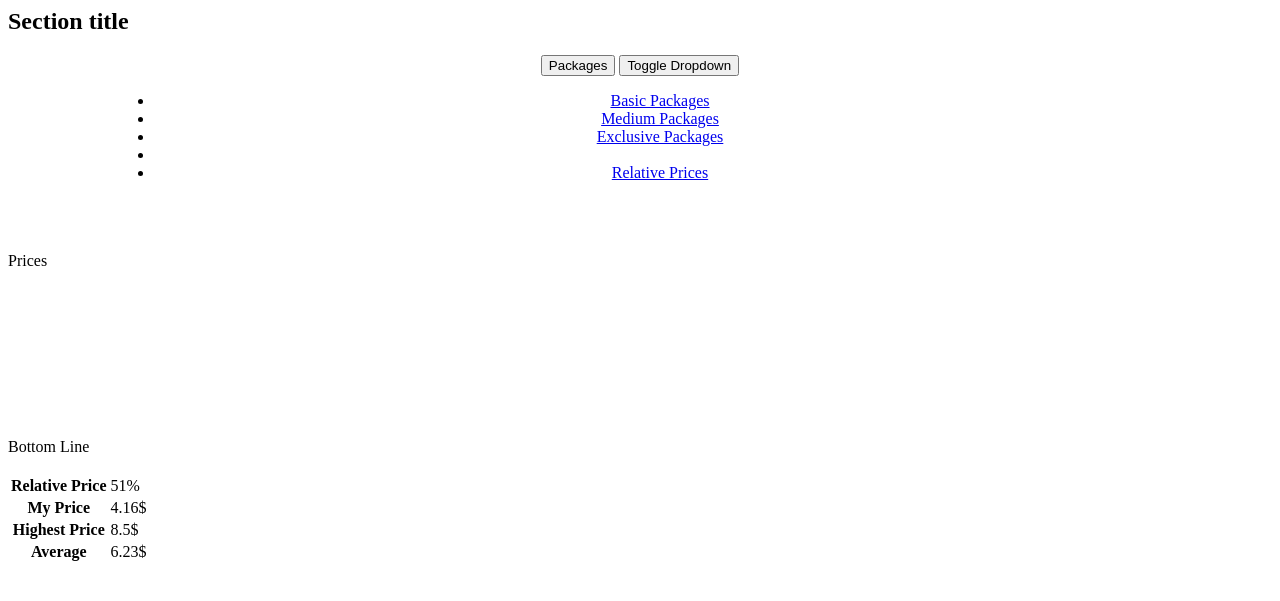
Repository: netaosman/Price-try-course
Page: prixceFrontEnd/src/main/webapp/Prixce_FrontEnd/HTML/Market/pricesPack/HighPackages.html
The author's editor kept a copy of each file at every save. The page is drawn from the files as they stood at one save, then again after the next save.
The browser window is 1280 px wide. The pictures show the whole page.

Above is the page before, as saved 2017-09-23 02:06:57.

### prixceFrontEnd/src/main/webapp/Prixce_FrontEnd/HTML/Market/pricesPack/HighPackages.html
<h2 class="sub-header">Section title</h2>

<div class="container-fluid">
	<!-- <h1 class="page-header">Dashboard</h1>-->
	<div class="dropdown" align="center">
		<!-- Split button -->
		<div class="btn-group">
			<button type="button" id="first-btn" class="btn btn-default">Packages</button>
			<button type="button" class="btn btn-default dropdown-toggle"
				data-toggle="dropdown" aria-haspopup="true" aria-expanded="false">
				<span class="caret"></span> <span class="sr-only">Toggle
					Dropdown</span>
			</button>
			<ul class="dropdown-menu" id="first-menu" style="width: 80%">
				<li><a href="#/BasicPackages">Basic Packages</a></li>
				<li><a href="#/MedPackages">Medium Packages</a></li>
				<li><a href="#/HighPackages">Exclusive Packages</a></li>
				<li role="separator" class="divider"></li>
				<li><a href="#/RelativePrices">Relative Prices</a></li>
			</ul>
		</div>
	</div>
	<br> <br> <br>
	<div class="row placeholders">
		<div class="col-xs-12 col-md-8" ng-controller="PricesHighCtrl">
			<div class="panel panel-default-1">
				<div class="panel-heading">Prices</div>
				<div class="panel-body">
					<!-- <div class="panel-title">Prices</div> -->
					<br>
					<canvas id="base" class="chart-horizontal-bar" chart-data="data"
						chart-labels="labels" chart-colors="colors">
                                </canvas>
				</div>
			</div>
		</div>
		<div class="col-lg-4 col-md-4 col-sm-12 placeholder">
			<div id="medTable" class="panel panel-default">
				<div class="panel-body">
					<div class="panel-title" align="left">Bottom Line</div>
					<br>
					<table class="table price-table">
						<tbody>
							<tr>
								<th class="reg" scope="row">Relative Price</th>
								<td class="big">51%</td>
							</tr>
							<tr>
								<th class="reg" scope="row">My Price</th>
								<td class="normal">4.16$</td>
							</tr>
							<tr>
								<th class="reg" scope="row">Highest Price</th>
								<td class="normal">8.5$</td>
							</tr>
							<tr>
								<th class="reg" scope="row">Average</th>
								<td class="normal">6.23$</td>
							</tr>
						</tbody>
					</table>
				</div>
			</div>
		</div>
	</div>
</div>

After the next save:
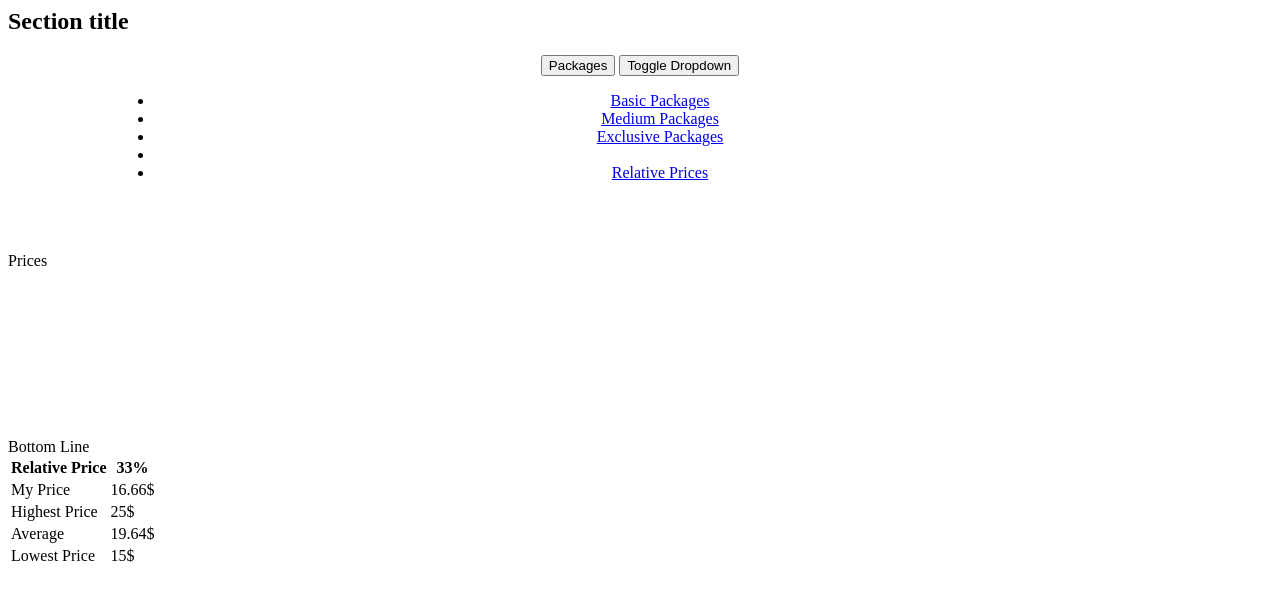
Saved 2 min 25 s later.
--- a/prixceFrontEnd/src/main/webapp/Prixce_FrontEnd/HTML/Market/pricesPack/HighPackages.html
+++ b/prixceFrontEnd/src/main/webapp/Prixce_FrontEnd/HTML/Market/pricesPack/HighPackages.html
@@ -34,30 +34,44 @@
 				</div>
 			</div>
 		</div>
-		<div class="col-lg-4 col-md-4 col-sm-12 placeholder">
-			<div id="medTable" class="panel panel-default">
+		<div class="col-xs-12 col-md-4">
+			<div class="panel panel-default-1">
+				<div class="panel-heading">Bottom Line</div>
 				<div class="panel-body">
-					<div class="panel-title" align="left">Bottom Line</div>
-					<br>
-					<table class="table price-table">
+					<table class="table">
+						<thead>
+							<tr>
+								<th class="relative">Relative Price</th>
+								<th class="relative-price">33%</th>
+							</tr>
+						</thead>
 						<tbody>
 							<tr>
-								<th class="reg" scope="row">Relative Price</th>
-								<td class="big">51%</td>
+								<td class="title-prices"><span
+									class="glyphicon glyphicon-hand-right" aria-hidden="true"></span>
+									My Price</td>
+								<td class="prices">16.66$</td>
 							</tr>
 							<tr>
-								<th class="reg" scope="row">My Price</th>
-								<td class="normal">4.16$</td>
+								<td class="title-prices"><span
+									class="glyphicon glyphicon-hand-up" aria-hidden="true"></span>
+									Highest Price</td>
+								<td class="prices">25$</td>
 							</tr>
 							<tr>
-								<th class="reg" scope="row">Highest Price</th>
-								<td class="normal">8.5$</td>
+								<td class="title-prices"><span
+									class="glyphicon glyphicon-hand-left" aria-hidden="true"></span>
+									Average</td>
+								<td class="prices">19.64$</td>
 							</tr>
 							<tr>
-								<th class="reg" scope="row">Average</th>
-								<td class="normal">6.23$</td>
+								<td class="title-prices"><span
+									class="glyphicon glyphicon-thumbs-down" aria-hidden="true"></span>
+									Lowest Price</td>
+								<td class="prices">15$</td>
 							</tr>
 						</tbody>
+
 					</table>
 				</div>
 			</div>
